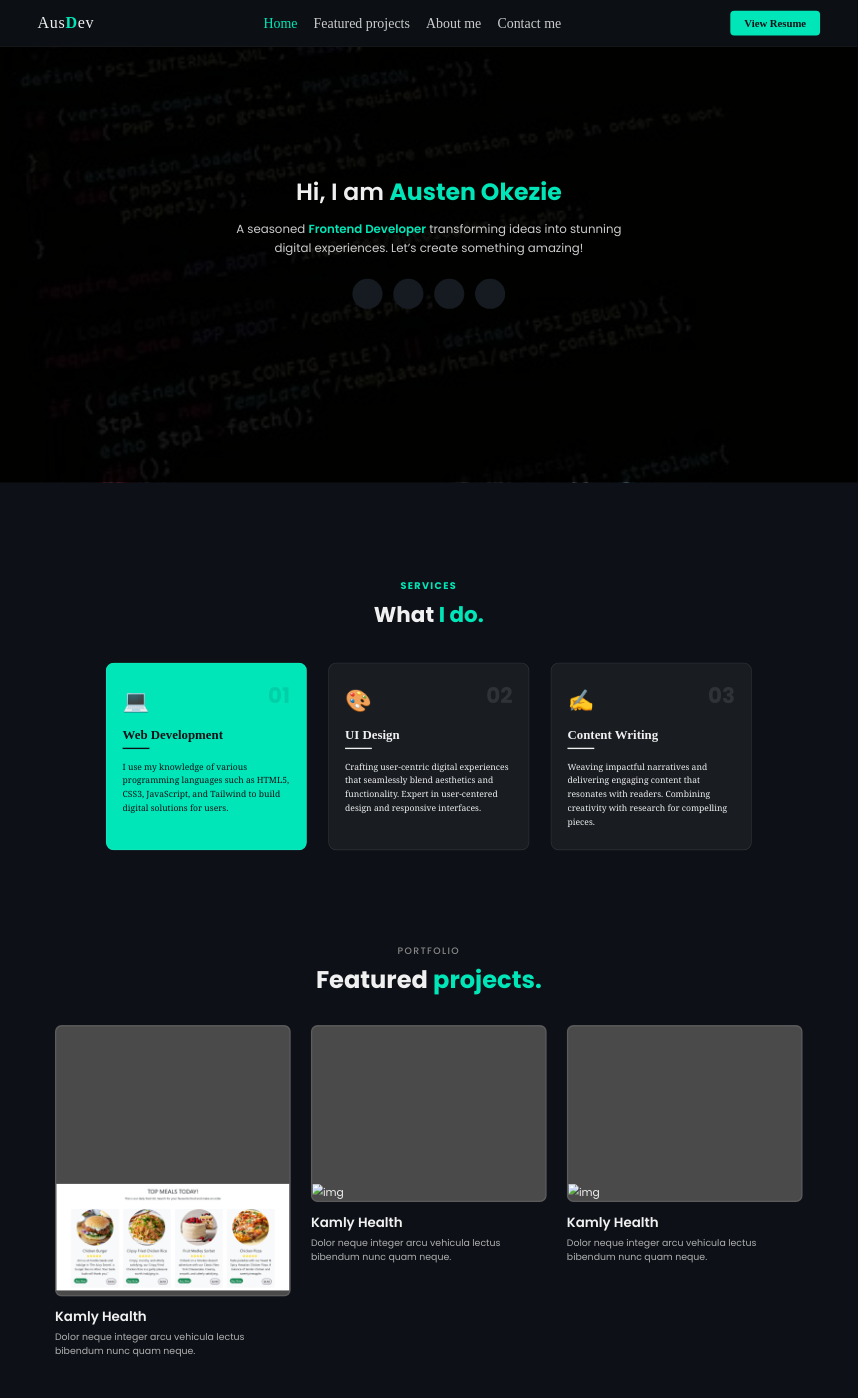
Repository: Austinokezie/Myportfolio
Page: index.html
These files come from the project's save history. The page is drawn as it stood at one moment and after the next save; the edit follows.
The browser window is 1280 px wide. The pictures show the whole page, at 67% of full size.
Some web fonts or font styles are not loaded; a fallback is used.

Above is the page before, as saved 2025-10-14 14:49:37.

### index.html
<!DOCTYPE html>
<html lang="en">
<head>
    <meta charset="UTF-8">
    <meta name="viewport" content="width=device-width, initial-scale=1.0">
    <title>My Portfolio</title>
    <link rel="stylesheet" href="./style.css">
    <link rel="stylesheet" href="./mediaqueries.css">
    <link rel="stylesheet" href="./lib/css/bootstrap-grid.min.css">
    <link rel="stylesheet" href="./lib/js/bootstrap.bundle.min.js">
</head>
<body>
    <header>
        <nav class="navbar">
          <div class="logo">Aus<span>D</span>ev</div>

           <ul class="nav-links">
              <li><a href="#" class="active">Home</a></li>
              <li><a href="#">Featured projects</a></li>
              <li><a href="#">About me</a></li>
             <li><a href="#">Contact me</a></li>
           </ul>

          <a href="#" class="resume-btn">View Resume</a>
       </nav>
  </header>

   <section class="intro">
      <div class="overlay"></div>
      <div class="intro-content">
         <h1>Hi, I am <span>Austen Okezie</span></h1>
           <p>
              A seasoned <span class="highlight">Frontend Developer</span> transforming ideas into
              stunning digital experiences. Let’s create something amazing!
           </p>

          <div class="social-links">
              <a href="#" title="GitHub"><i class="fab fa-github"></i></a>
              <a href="#" title="Medium"><i class="fab fa-medium"></i></a>
              <a href="#" title="LinkedIn"><i class="fab fa-linkedin"></i></a>
             <a href="#" title="Twitter"><i class="fab fa-twitter"></i></a>
          </div>
       </div>
    </section>

    <div class="services-section">
       <h3 class="sub-heading">SERVICES</h3>
       <h2 class="main-heading">What <span>I do.</span></h2>

        <div class="services-container">

          <div class="service-card active">
             <div class="card-number">01</div>
             <div class="card-icon">💻</div>
              <h3>Web Development</h3>
             <div class="underline"></div>
             <p>I use my knowledge of various programming languages such as HTML5, CSS3, JavaScript, and Tailwind to build digital solutions for users.</p>
           </div>

           <div class="service-card">
             <div class="card-number">02</div>
              <div class="card-icon">🎨</div>
              <h3>UI Design</h3>
             <div class="underline"></div>
              <p>Crafting user-centric digital experiences that seamlessly blend aesthetics and functionality. Expert in user-centered design and responsive interfaces.</p>
            </div>

           <div class="service-card">
             <div class="card-number">03</div>
             <div class="card-icon">✍</div>
             <h3>Content Writing</h3>
              <div class="underline"></div>
              <p>Weaving impactful narratives and delivering engaging content that resonates with readers. Combining creativity with research for compelling pieces.</p>
           </div>

        </div>
   </div>

   <section class="portfolio-section">
      <div class="container">
          <h2 class="portfolio-title">PORTFOLIO</h2>
          <h1 class="featured-projects">Featured <span> projects.</span></h1>
           <div class="projects-grid">
                <div class="project-card">
                   <div class="project-image-placeholder">
                      <img src="./Asset/Foodiegeeks.png" alt="img">
                   </div>
                   <h3 class="project-name">Kamly Health</h3>
                  <p class="project-description">Dolor neque integer arcu vehicula lectus bibendum nunc quam neque.</p>
               </div>

               <div class="project-card">
                   <div class="project-image-placeholder">
                      <img src="" alt="img">
                    </div>
                  <h3 class="project-name">Kamly Health</h3>
                  <p class="project-description">Dolor neque integer arcu vehicula lectus bibendum nunc quam neque.</p>
               </div>

               <div class="project-card">
                   <div class="project-image-placeholder">
                     <img src="" alt="img">
                   </div>
                   <h3 class="project-name">Kamly Health</h3>
                   <p class="project-description">Dolor neque integer arcu vehicula lectus bibendum nunc quam neque.</p>
               </div>
            </div>
      </div>
   </section>










         <!-- Arrow -->
        <!-- <div class="text-center mt-5">
           <img
             src="./Asset/icons8-arrow-down-100.png"
             alt="arrow icon"
             class="icon arrow img-fluid"
             style="width: 50px; cursor: pointer;"
             onclick="location.href='./experience'"
            >
       </div> -->





 <!--
        <img src="./Asset/icons8-arrow-down-100.png" alt="arrow icon"
           class="icon arrow"
           onclick="location.href= './experience'"
        >  -->




















</body>
</html>

### style.css

@import url('https://fonts.googleapis.com/css2?family=Alan+Sans:wght@300..900&family=Poppins:ital,wght@0,100;0,200;0,300;0,400;0,500;0,600;0,700;0,800;0,900;1,100;1,200;1,300;1,400;1,500;1,600;1,700;1,800;1,900&display=swap');



*{
    margin: 0;
    padding: 0;


}


/* Reset some default styles */
* {
  margin: 0;
  padding: 0;
  box-sizing: border-box;
}

body {
  background-color: #0d1117;
  color: #f0f0f0;
  font-family: 'Poppins', sans-serif;
  /* display: flex; */
  /* justify-content: center;
  align-items: center;
  height: 100vh; */
}



/* === Navbar === */
header {
  width: 100%;
  background-color: rgba(13, 17, 23, 0.95);
  position: fixed;
  top: 0;
  left: 0;
  z-index: 10;
  backdrop-filter: blur(6px);
  border-bottom: 1px solid rgba(255, 255, 255, 0.05);
  font-family: serif;
}

.navbar {
  max-width: 1200px;
  margin: 0 auto;
  padding: 1rem 1rem;
  display: flex;
  justify-content: space-between;
  align-items: center;
}

/* Logo */
.logo {
  font-size: 1.5rem;
  font-weight: 200;
  font-family: serif;
  color: #f0f0f0;
  letter-spacing: 1px;
}
.logo span{
    color: #00e6b8;
    font-weight: 700;
}

/* Navigation Links */
.nav-links {
  list-style: none;
  display: flex;
  gap: 1.5rem;
}

.nav-links a {
  text-decoration: none;
  color: #cccccc;
  font-weight: 100;
  transition: 0.3s ease;
  font-size: 1.3rem;
}

.nav-links a:hover {
  color: #00e6b8;
}

.nav-links a.active {
  color: #00e6b8;
}

/* Resume Button */
.resume-btn {
  background-color: #00e6b8;
  color: #0d1117;
  text-decoration: none;
  padding: 0.6rem 1.3rem;
  border-radius: 6px;
  font-weight: 600;
  transition: all 0.3s ease;
}

.resume-btn:hover {
  background-color: #00cfa4;
  transform: translateY(-2px);
}











/* Intro Section */
.intro {
  position: relative;
  min-height: 100vh;
  width: 100%;
  background: url('./Asset/OIP.jpeg') center/cover no-repeat; /* <-- Replace with your image */
  display: flex;
  justify-content: center;
  align-items: center;
  text-align: center;
  overflow: hidden;
}
/* Dark overlay to dim image */
.overlay {
  position: absolute;
  top: 0;
  left: 0;
  width: 100%;
  height: 100%;
  background: rgba(0, 0, 0, 0.9); /* adjust dimness here */
  z-index: 1;
}

/* Text Content */
.intro-content {
  position: relative;
  z-index: 2;
  max-width: 700px;
  padding: 2rem;

}

.intro h1 {
  font-size: 2.2rem;
  margin-bottom: 1rem;
  font-weight: 600;
    justify-content: center;
  text-align: center;
}

.intro h1 span {
  color: #00e6b8;
  font-weight: 700;
}

.intro p {
  font-size: 1.1rem;
  color: #cccccc;
  max-width: 600px;
  margin: 0 auto 2rem auto;
  line-height: 1.6;
}

.highlight {
  color: #00e6b8;
  font-weight: 600;
}

/* Social Icons */
.social-links {
  display: flex;
  justify-content: center;
  gap: 1rem;
}

.social-links a {
  display: flex;
  justify-content: center;
  align-items: center;
  background-color: #161b22;
  width: 45px;
  height: 45px;
  border-radius: 50%;
  font-size: 1.2rem;
  color: #00e6b8;
  transition: all 0.3s ease;
}

.social-links a:hover {
  background-color: #00e6b8;
  color: #0d1117;
  transform: translateY(-4px);
}

/* Responsive */
@media (max-width: 600px) {
  .intro h1 {
    font-size: 1.8rem;
  }

  .intro p {
    font-size: 1rem;
    padding: 0 1rem;
  }

  .social-links a {
    width: 40px;
    height: 40px;
    font-size: 1rem;
  }
}



@media (max-width: 400px) {
  body {
    padding: 0 1rem;
  }

  .intro h1 {
    font-size: 1.5rem;
    line-height: 1.3;
  }

  .intro p {
    font-size: 0.95rem;
    line-height: 1.5;
  }

  .social-links {
    gap: 0.7rem;
  }

  .social-links a {
    width: 38px;
    height: 38px;
    font-size: 0.9rem;
  }

  .intro {
    padding: 1.5rem 0.5rem;
  }
}


/* === Section Layout === */
.services-section {
    display: block;
    width: 100%;
    clear: both;
  text-align: center;
  padding: 5rem 2rem;
  max-width: 1200px;
  margin: 0 auto;
  /* background: rgba(0, 0, 0, 0.1); */
  margin-top: 4rem;
}

/* === Headings === */
.sub-heading {
  font-size: 0.9rem;
  letter-spacing: 2px;
  color: #00e6b8;
  margin-bottom: 0.5rem;
}

.main-heading {
  font-size: 2rem;
  margin-bottom: 3rem;
}

.main-heading span {
  color: #00e6b8;
}

/* === Services Container === */
.services-container {
  display: flex;
  justify-content: center;
  gap: 2rem;
  flex-wrap: wrap;
}

/* === Individual Card === */
.service-card {
  background-color: rgba(255, 255, 255, 0.05);
  border: 1px solid rgba(255, 255, 255, 0.1);
  border-radius: 12px;
  padding: 2rem 1.5rem;
  width: 300px;
  position: relative;
  transition: all 0.3s ease;
  text-align: left;
}

.service-card:hover {
  border: 1px solid #00e6b8;
  transform: translateY(-5px);
}

.service-card.active {
  background-color: #00e6b8;
  color: #0d1117;
}

/* === Card Elements === */
.card-number {
  position: absolute;
  top: 1.5rem;
  right: 1.5rem;
  font-size: 2rem;
  opacity: 0.1;
  font-weight: 700;
}

.card-icon {
  font-size: 2rem;
  margin-bottom: 1rem;
}

.service-card h3 {
  font-size: 1.2rem;
  font-weight: 600;
  font-family: serif;
}

.underline {
  width: 40px;
  height: 2px;
  background-color: currentColor;
  margin: 0.5rem 0 1rem;
}

.service-card p {
  font-size: 0.8rem;
  line-height: 1.6;
  font-family: Georgia, 'Times New Roman', Times, serif;
}

/* === Media Queries === */

/* Tablets & Small Laptops */
@media (max-width: 600px) {
  .services-container {
    flex-direction: column;
    align-items: center;
  }

  .service-card {
    width: 90%;
  }

  .main-heading {
    font-size: 1.7rem;
  }
}

/* Small Phones */
@media (max-width: 400px) {
  .service-card {
    padding: 1.5rem 1rem;
  }

  .service-card h3 {
    font-size: 1.1rem;
  }

  .service-card p {
    font-size: 0.85rem;
  }

  /* .main-heading {
    font-size: 1.5rem;
    } */

}


/* General Reset and Body Styling (Adjust as needed for your site) */
/* body {
    background-color: #121212; /* Dark background color (similar to the image) */
    /* color: #e0e0e0; Light text color */
    /* font-family: sans-serif; Use a common sans-serif font */
    /* margin: 0;
    padding: 0; */
 */

/* Container for Centering and Padding */
.container {
    max-width: 1200px; /* Max width for content */
    margin: 0 auto;
    padding: 20px;
}

/* Portfolio Section Styling */
.portfolio-section {
    padding: 60px 0;
    text-align: center; /* Center the section titles */
}

/* Titles */
.portfolio-title {
    font-size: 14px;
    font-weight: 500;
    letter-spacing: 2px;
    color: #888; /* Lighter color for the subtitle */
    margin-bottom: 5px;
    text-transform: uppercase;
}

.featured-projects {
    font-size: 36px;
    font-weight: 700;
    margin-top: 0;
    margin-bottom: 40px;
}
.featured-projects span{
    color: #00e6b8;
}

/* Projects Grid (Desktop/Default) */
.projects-grid {
    display: flex;
    justify-content: space-between; /* Space out the cards */
    gap: 30px; /* Space between cards */
}

/* Project Card Styling */
.project-card {
    flex: 1 1 30%; /* Allows cards to grow/shrink, starting at ~30% width */
    text-align: left; /* Align text within the card to the left */
}


/* Project Image/Design Placeholder Styling */
.project-image-placeholder {
    /* Styles to mimic the screenshot's project display area */
    width: 100%;
    /* Aspect ratio for the image, approx 3:2 based on the photo */
    padding-top: 66.66%; /* 2/3 of the width (300px wide, 200px high) */
    background-color: #4a4a4a; /* Darker placeholder background */
    border-radius: 10px;
    margin-bottom: 15px;
    position: relative;
    overflow: hidden;
    /* Optional: Add a light border to mimic the UI screenshot */
    border: 2px solid rgba(255, 255, 255, 0.1);
}
.project-image-placeholder img{
    width: 100%;
    height:100%;
    object-fit: cover;
    object-position: center;
}

/* Text within the Card */
.project-name {
    font-size: 20px;
    font-weight: 600;
    margin: 0 0 5px 0;
}

.project-description {
    font-size: 14px;
    color: #b0b0b0;
    line-height: 1.5;
    margin: 0;
}


/* ------------------------------------------------------------------ */
/* MEDIA QUERIES                              */
/* ------------------------------------------------------------------ */


/* Media Query for screens up to 600px wide (Tablets/Large Phones in Portrait) */
@media (max-width: 600px) {
    /* Change the grid to stack two cards per row */
    .projects-grid {
        flex-wrap: wrap; /* Allow cards to wrap to the next line */
        justify-content: center;
        gap: 20px; /* Reduce gap slightly */
    }

    .project-card {
        flex: 1 1 calc(50% - 20px); /* Two cards per row with gap taken into account */
        max-width: calc(50% - 10px); /* Ensuring space for the gap */
    }

    .featured-projects {
        font-size: 30px; /* Slightly smaller title */
    }
}

/* Media Query for screens up to 400px wide (Small Phones in Portrait) */
@media (max-width: 400px) {
    /* Change the grid to stack one card per row */
    .projects-grid {
        gap: 25px;
    }

    .project-card {
        flex: 1 1 100%; /* One card per row, full width */
        max-width: 100%;
        text-align: center; /* Center text for full-width view */
    }

    .project-name {
        margin-top: 10px; /* Add a little more space above the name */
    }

    .featured-projects {
        font-size: 24px; /* Even smaller title */
        margin-bottom: 30px;
    }
}


























































/* body {
  background: #f0f0f0;
} */
/* html{
    scroll-behavior:sm;
} */
/* p{
    color: rgb(85, 85, 85);
} */

/* Transition */

/* a, .btn{
    transition: all 300ms ease;
} */

/* Desktop */

/* nav, .nav-links{
    display: flex;

}
nav{
    justify-content: space-around;
    align-items: center;
    height: 17vh;
}
.nav-links{
    gap: 2rem;
    list-style: none;
    font-size: 1.5rem;
}
a {
    color: black;
    text-decoration: none;
    text-decoration-color: white;
}
a:hover{
    color: grey;
    text-decoration: underline;
    text-underline-offset: 1rem;
    text-decoration-color: rgb(181 , 181, 181) ;
}
.logo{
    font-size: 2rem;
}
.logo:hover{
   cursor: default;
}
/* Hamburger */
/* #hamburger-nav{
    display: none;

}
.hamburger-menu{
    position: relative;
    display: inline-block;

}
.hamburger-icon{
    display: flex;
    flex-direction: column;
    justify-content: space-between;
    height: 24px;
    width: 30px;
    cursor: pointer;
}
.hamburger-icon span{
   width: 100%;
   height: 2px;
   background-color: black;
   transition: all 0.3 ease-in-out;
}
.menu-links{
    position: absolute;
    top: 100%;
    right: 0;
    width: fit-content;
    max-height: 0;
    overflow: hidden;
    transition: all 0.3 ease-in-out;

}
.menu-links a{
    display: block;
    padding: 10px;
    text-align: center;
    font-size: 1.5rem;
    color: black;
    text-decoration: none;
     transition: all 0.3 ease-in-out;
}
.menu-links li {
    list-style: none;

}
.menu-links.open{
    max-height: 300px;


}
.hamburger-icon.open span:first-child{
    transform: rotate(45deg) translate(10px, 5px);
}
.hamburger-icon.open span:nth-child(2){
  opacity: 0;
}
.hamburger-icon.open span:last-child{
    transform: rotate(-45deg) translate(10px, -5px);
}
.hamburger-icon.open span:first-child{
    transform: none;
}
.hamburger-icon.open span:first-child{
   opacity: 1;
}
.hamburger-icon.open span:first-child{
    transform: none;
} */

/* section */
/* section{
    padding-top: 4vh;
    height: 96vh;
    margin: 0 10rem;
    box-sizing: border-box;
    min-height: fit-content;
}
.section-container{
    display: flex;
} */
/* #profile{
    display: flex;
    justify-content: center;
    gap: 5rem;
    height: 80vh;
} */
/* .section-pic-container{
    display: flex;
    height: 400px;
    margin: auto 0;
}
.section-pic-container img{
    width: 300px;
    height: 300px;
    border-radius: 50%;
    object-fit: cover;
    display: inline-block;
} */
/* .section-text{
    align-self: center;
    text-align: center;
    margin-bottom: 20px;

} */
/* .section-text-p{
    font-weight: 600;
} */
/* .section-text-p1{
    text-align: center;
} */
/* .intro-con.greet{
    font-size: 1.5rem;
} */
/* .section-text-p2{
    font-size: 1.75rem;
    margin-bottom: 1rem;
} */
/* .title{
    font-size: 3rem;
    text-align: center;
} */
/* .socials-container{
    display: flex;
    justify-content: center;
    margin-top: 1rem;
    gap: 1rem;
} */
/* ICON */
/* .icon{
    cursor: pointer;
    height: 2rem;
} */
/* Buttons */
/* .btn-container{
    display: flex;
    justify-content: center;
    gap: 1rem;
} */
/* .btn{
    font-weight: 600;
    transition: all 300ms ease;
    padding: .6rem;
    width: 8rem;
    border-radius: 2rem;

} */
/* .btn-color-1, .btn-color-2{
    border: rgb(53, 53, 53) .1rem solid;
} */
/* .btn-color-1:hover,
.btn-color-2:hover{
    cursor: pointer;
} */
/* .btn-color-1,
.btn-color-2:hover{
    cursor: pointer;
    background: rgb(53, 53, 53);
    color: white;
} */
/* .btn-color-1:hover{
    background: rgb(0, 0, 0);


} */
/* .btn-color-2{
    background: none;

}
.btn-color-2:hover{
    border: rgb(255, 255, 255) .1rem solid;
}
.btn-container{
    gap: 1rem;
} */

/* About section */


/* #about{
    position: relative;
    margin-top: 3.5rem;
}
.about-intro{
    margin-bottom: 20px;
}
.section_text_p1{
    text-align: center;
} */

/* .about-containers{
    display: flex;
    flex-wrap: wrap;
    justify-content: center;
    gap: 2rem;
    margin-bottom: 2rem;
    margin-top: 2rem;
} */
/* .about-details-container{
    justify-content: center;
    flex-direction: column;
} */
.about-containers,
.about-details-container{
    /* display: flex; */
}
/* .about-details-container{
    display: block;
} */
/* .about-pic{
    border-radius: 2rem;
    max-width: 400px;
    width: 100%;
    height: auto;
    object-fit: cover;
} */
/* .arrow{
    position: absolute;
    right: -5rem;
    bottom: 2.5rem;
} */
/* .details-container{

    padding: 1.5rem;
    /* flex: 1;  */
    /* background: white;
    border-radius: 2rem;
    border: rgb(53, 53, 53) 0.1rem solid;
    border-color: rgb(163, 163, 163);
    text-align: center;  */
  */
.section_container{
    /* display: flex; */
    /* gap: 2rem; */
    /* height: 70%; */

}
/* .section__pic-container{
   /* height: auto; */
   /* width: 100%;
   display: flex;
   justify-content: center;
   align-items: center; */
 */


/* .skill-card{
    display: flex;
    flex-direction: column;
    align-items: center;
    justify-content: center;
    padding: 20px;
    background: #fff;
    border-radius: 2px;
    box-shadow: 0 4px 4px rgba(0, 0, 0, 0.1);
    height: 55px;
} */
/* .skill-card img{
    width: 40px;
    height: 40px;
    margin-bottom: 10px; */
}



/* Experience section */
/* #experience{
    position: relative;
} */
/* .experience-sub-title{
    color: rgb(85, 85, 85);
    font-weight: 600;
    font-size: 1.75rem;
    margin-bottom: 2rem;

} */
/* .experience-details-container{
    display: flex;
    justify-content: center;
    flex-direction: column;

} */
/* .article-container{
    display: flex;
    text-align: initial;
    flex-wrap: wrap;
    flex-direction: row;
    gap: 2.5rem;
    justify-content: space-around;
} */
/* article{
    display: flex;
    width: 10rem;
    justify-content: space-around;
    gap: 0.5rem;

} */
/* article .icon{
    cursor: default;
} */


/* Projects Section */

/*
#projects{
    position: relative;
} */
/* .color-container{
    border-color: rgb(163, 163, 163);
    background: rgb(255, 255, 255);
} */
/* .project-img{
   border-radius: 1rem;
   width: 100%;
   height: 100%;
} */
/* .project-title{
    margin: 1rem;
    color: black;
} */
/* .project-btn{
    color: black;
    border-color: rgb(163, 163, 163);
} */
/* CONTACT */
/* #contact{
    display: flex;
    justify-content: center;
    flex-direction: column;
    height: 70vh;
} */
/* .contact-info-upper-container{
    display: flex;
    justify-content: center;
    border-radius: 2rem;
    border: rgb(53, 53, 53) 0.1rem solid;
    background-color: rgb(163, 163, 163);
    background: rgb(250, 250, 250);
    margin: 2rem auto;
    padding: 0.5rem;

} */
/* .contact-info-container{
    display: flex;
    align-items: center;
    justify-content: center;
    gap: 0.5rem;
    margin: 1rem;
} */
/* .contact-info-container p{
    font-size: larger;
}
.contact-icon{
    cursor: default;
} */

/* footer */
/* footer{
    height: 26vh;
    margin:  0 1 rem;
    color: #fff;
    background: #f9f9f9;
    box-shadow: 0 -4px 6px rgba(0, 0, 0, 0.2); */

}
/* hr{
    width: 75%;
    margin: 20px auto;
    border-color: #333;

} */

/* .nav-links{
   color: rgb(85, 85, 85);
}
footer p{
    text-align: center ;
} */

/* @media (max-width: 768px) {
  .arrow {
    position: static;
    margin: 2rem auto 0;
    display: block;
  }
}

@media (max-width: 992px) {
  .section_container {
    flex-direction: column;
    align-items: center;
  }

  .section__pic-container,
  .about-details-container {
    max-width: 100%;
  }

  .arrow {
    position: static;
    display: block;
    margin: 2rem auto 0;
  }
}  */

Loaded but not shown: lib/css/bootstrap-grid.min.css (library); lib/js/bootstrap.bundle.min.js (library); mediaqueries.css (empty)

After the next save:
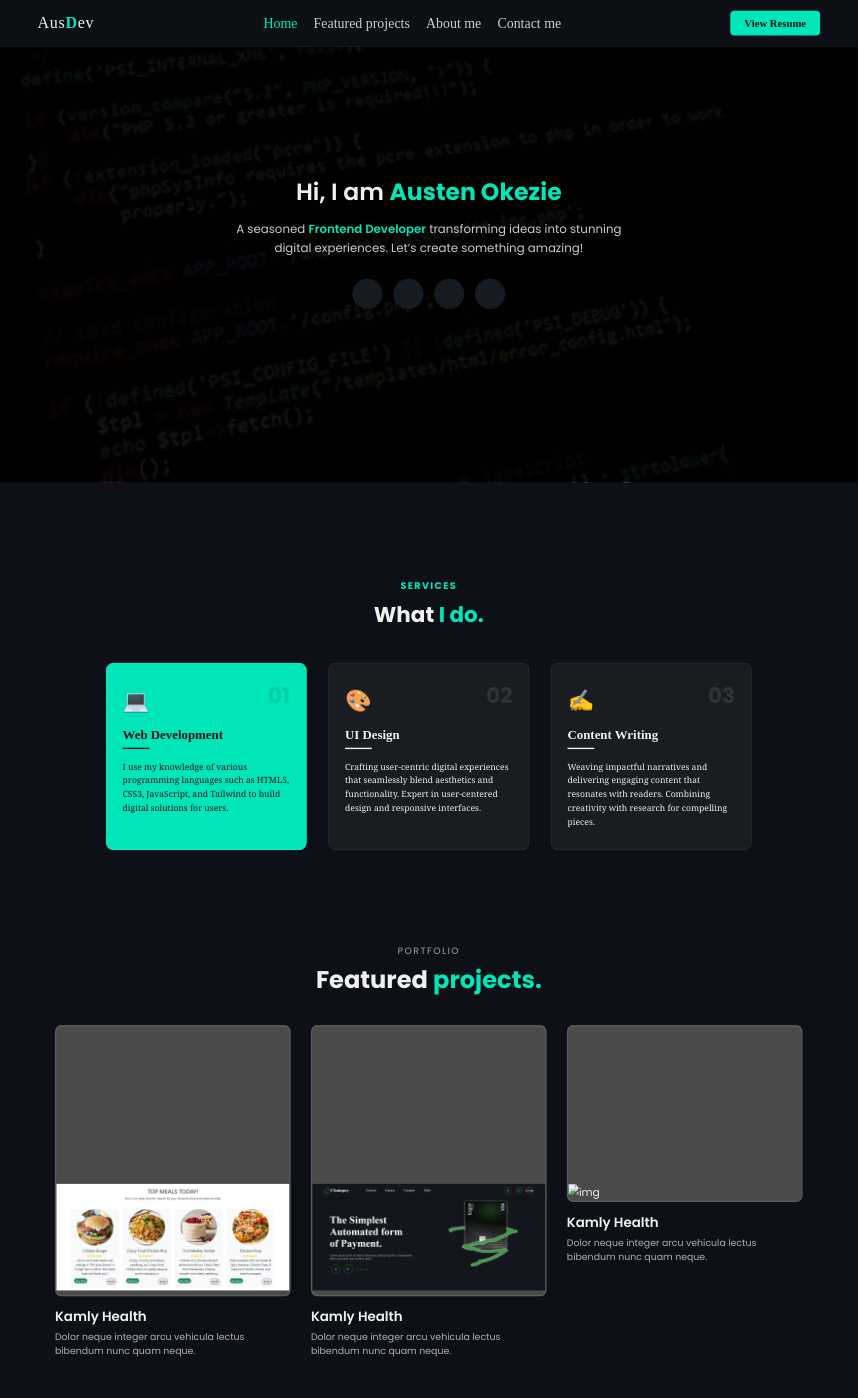
Saved 2 min 6 s later.
--- a/index.html
+++ b/index.html
@@ -91,7 +91,7 @@
 
                <div class="project-card">
                    <div class="project-image-placeholder">
-                      <img src="" alt="img">
+                      <img src="./Asset/chainpay jpg.png" alt="img">
                     </div>
                   <h3 class="project-name">Kamly Health</h3>
                   <p class="project-description">Dolor neque integer arcu vehicula lectus bibendum nunc quam neque.</p>
